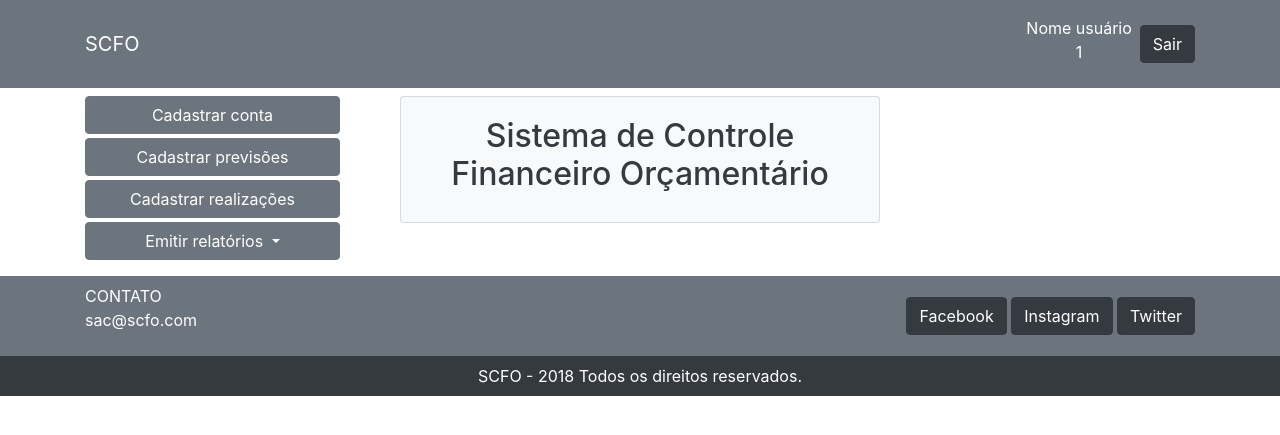
Repository: MaickSilva/scfoheroku
Page: http://localhost/logado.php
The author's editor kept a record of every edit. The page is drawn from the files as they stood at one moment, then again after the next edit.
The browser window is 1280 px wide. The pictures show the whole page.
Some web libraries are served in a nearby version. The page is run by PHP 8.4 with error messages shown; the project is at /var/www/html/. The session is filled in as if someone had signed in: {"UsuarioLog": true, "cpf": 1, "senha": 1}.

Above is the page before.

After the next edit:
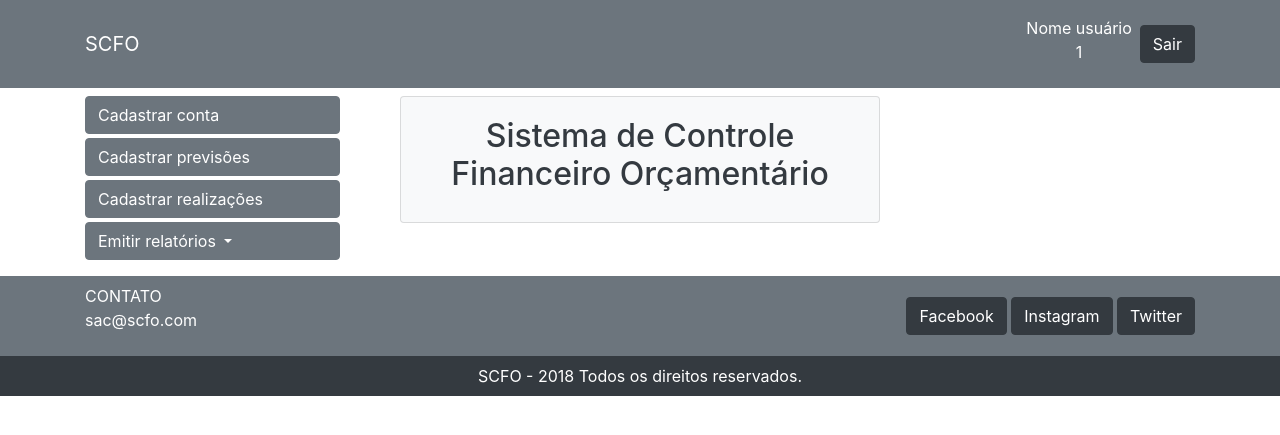
The edit:
--- a/workspace/logado.php
+++ b/workspace/logado.php
@@ -18,11 +18,11 @@
             <div class="row">
                 <div class="col-12 col-sm-12 col-md-4 col-lg-3">
                     <div class="nav flex-column nav-pills mt-2" id="v-pills-tab" role="tablist" aria-orientation="vertical">
-                        <a href="cadastrarConta.php" class="btn btn-secondary" id="cadastroConta" role="tab" aria-controls="v-pills-home" aria-selected="false">Cadastrar conta</a>
-                        <a href="cadastrarPrevisao.php" class="btn btn-secondary mt-1" id="v-pills-profile-tab" role="tab" aria-controls="v-pills-profile" aria-selected="false">Cadastrar previsões</a>
-                        <a href="inserirValores.php" class="btn btn-secondary mt-1" id="inserirValores" role="tab" aria-controls="v-pills-valores" aria-selected="false">Cadastrar realizações</a>
+                        <a href="cadastrarConta.php" class="btn btn-secondary text-left" id="cadastroConta" role="tab" aria-controls="v-pills-home" aria-selected="false">Cadastrar conta</a>
+                        <a href="cadastrarPrevisao.php" class="btn btn-secondary mt-1 text-left" id="v-pills-profile-tab" role="tab" aria-controls="v-pills-profile" aria-selected="false">Cadastrar previsões</a>
+                        <a href="inserirValores.php" class="btn btn-secondary mt-1 text-left" id="inserirValores" role="tab" aria-controls="v-pills-valores" aria-selected="false">Cadastrar realizações</a>
                         <a class="dropdown">
-                          <a class="btn btn-secondary dropdown-toggle mt-1 text-white" id="dropdownMenuLink" aria-controls="v-pills-valores" role="tab" data-toggle="dropdown" aria-haspopup="true" aria-expanded="false">
+                          <a class="btn btn-secondary dropdown-toggle mt-1 text-white text-left" id="dropdownMenuLink" aria-controls="v-pills-valores" role="tab" data-toggle="dropdown" aria-haspopup="true" aria-expanded="false">
                             Emitir relatórios
                           </a>
                           <div class="dropdown-menu" aria-labelledby="dropdownMenuLink">
